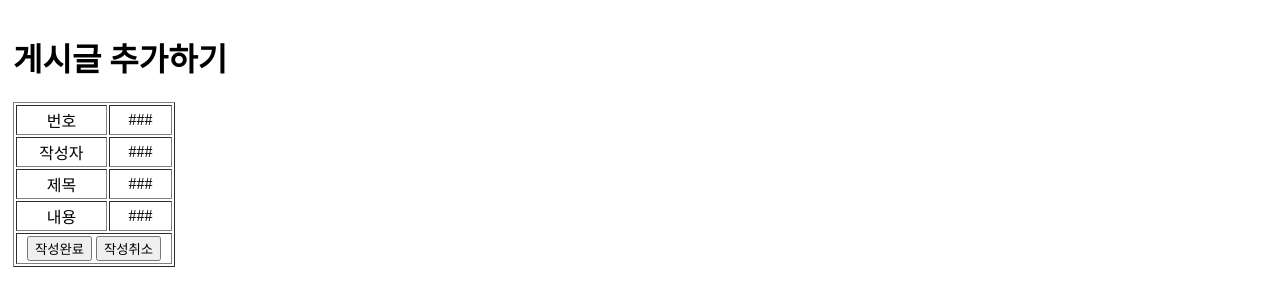
Repository: jjuhye/JSPWorkspace
Page: http://localhost/basic/00_board/_04_addBoard.jsp
These files come from the project's save history. The page is drawn as it stood at one moment and after the next save; the edit follows.
The browser window is 1280 px wide. The pictures show the whole page.
The page is served by Tomcat 9. Other server files are loaded and not shown.

Above is the page before, as saved 2023-02-24 05:37:24.

### basic/src/main/webapp/00_board/_04_addBoard.jsp
<%@ page language="java" contentType="text/html; charset=UTF-8"
    pageEncoding="UTF-8"%>
<!DOCTYPE html>
<html>
<head>
<meta charset="UTF-8">
<title>게시글 추가</title>
<link rel="stylesheet" href="./board.css">
</head>
<body>
<div>
	<h1> 게시글 추가하기 </h1>
	<form action="_04_addBoardPro.jsp" method="post">
	<table border="1">
		<tr><td>번호</td>
		<td>###</td></tr>
		<tr><td>작성자</td>
		<td>###</td></tr>
		<tr><td>제목</td>
		<td>###</td></tr>
		<tr><td>내용</td>
		<td>###</td></tr>
		<tr><td colspan="2"><input type="button" name="write" value="작성완료">
	    	<button onclick="location.href='_00_main.jsp'">작성취소</button></td></tr>

	</table><br>
	</form>
	<!-- <a href="_00_main.jsp">뒤로가기</a> -->
</div>
</body>
</html>

### basic/src/main/webapp/00_board/board.css
@charset "UTF-8";



div{
	padding: 5px;
}

td{
	padding: 2px 10px;
	text-align:center;
}

After the next save:
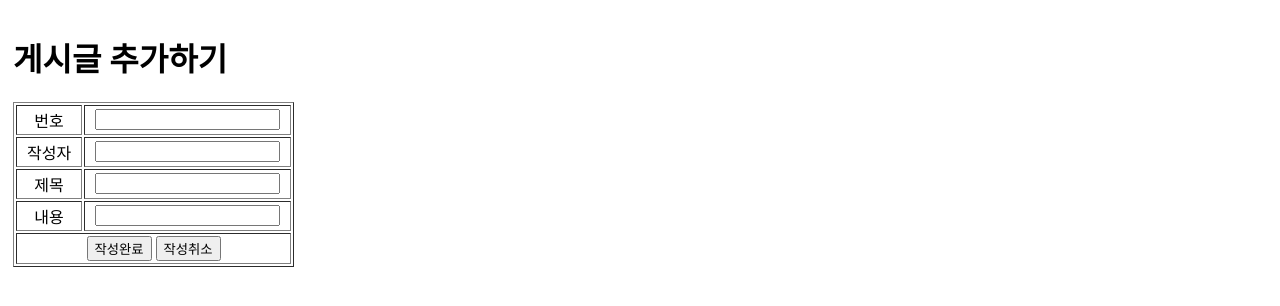
Saved 34 s later.
--- a/basic/src/main/webapp/00_board/_04_addBoard.jsp
+++ b/basic/src/main/webapp/00_board/_04_addBoard.jsp
@@ -13,13 +13,13 @@
 	<form action="_04_addBoardPro.jsp" method="post">
 	<table border="1">
 		<tr><td>번호</td>
-		<td>###</td></tr>
+		<td><input></td></tr>
 		<tr><td>작성자</td>
-		<td>###</td></tr>
+		<td><input></td></tr>
 		<tr><td>제목</td>
-		<td>###</td></tr>
+		<td><input></td></tr>
 		<tr><td>내용</td>
-		<td>###</td></tr>
+		<td><input></td></tr>
 		<tr><td colspan="2"><input type="button" name="write" value="작성완료">
 	    	<button onclick="location.href='_00_main.jsp'">작성취소</button></td></tr>
 
